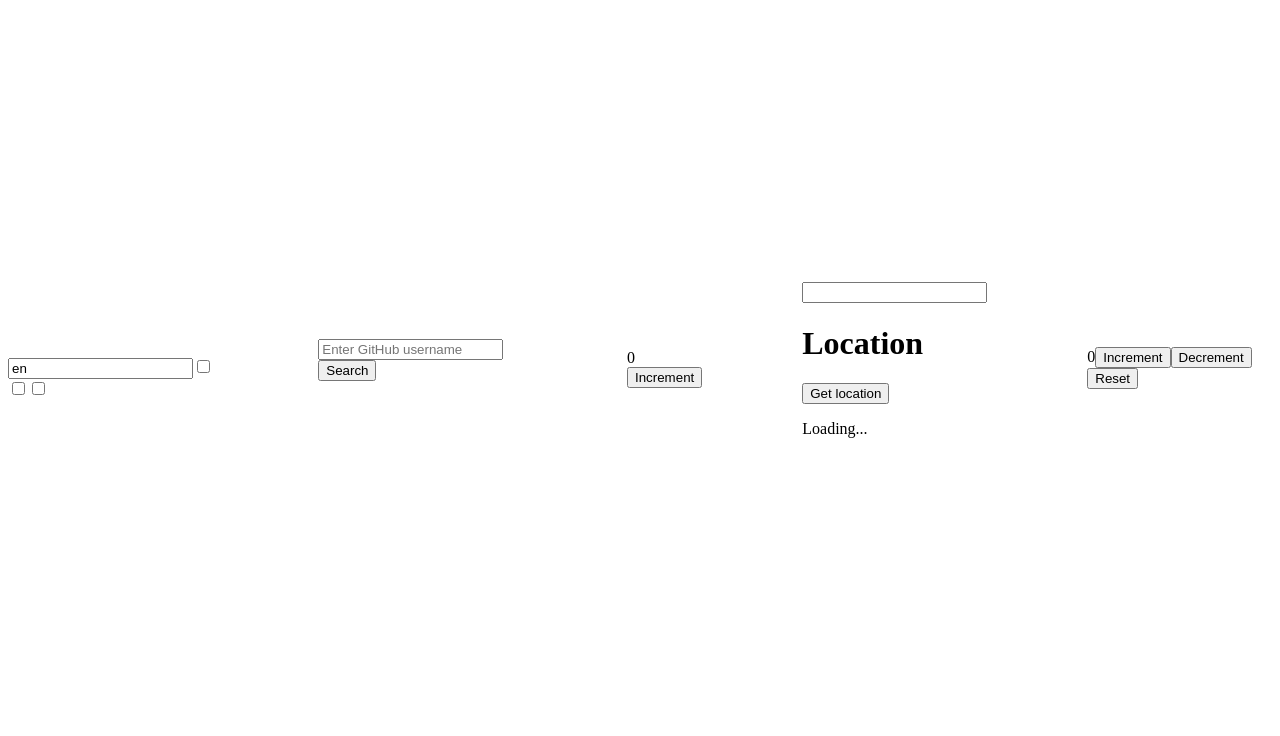
Repository: CryptoFamilyNFT/develhope
Page: /users/mario (app in vite/v1/)
The author's editor kept a copy of each file at every save. The page is drawn from the files as they stood at one save, then again after the next save.
The browser window is 1280 px wide. The pictures show the whole page.
The page's requests for data from a server got no answer. The project was rebuilt for these pictures with package versions that can differ from the ones it lists, and the page was loaded fresh each time. No one was signed in, and anything a server would have sent is missing. Also part of the build but not shown: vite/v1/vite.config.js, vite/v1/src/index.css, vite/v1/src/components/GitHubUser/GitHubUser.jsx.

Above is the page before, as saved 2025-02-27 09:21:50.

### vite/v1/src/index.jsx
import { createRoot } from "react-dom/client";
//import App from "./App";
import './index.css';
import LanguageProvider from "./helper/LanguageProvider";
import App from "./App";

const root = createRoot(document.getElementById("root"));

root.render(
    <LanguageProvider>
        <App/>
    </LanguageProvider>
);

### vite/v1/src/helper/LanguageProvider.jsx
/* eslint-disable react/prop-types */
import React, { useEffect } from "react";
import { ILangContext, LanguageContext } from "./LanguageContext";
import LanguageHelper from "./LanguageHelper";

const LanguageProvider = ({ children }) => {
    const [context, setContext] = React.useState(ILangContext.loaded, ILangContext.reload);

    const saveContext = (context) => {
      setContext(context);
    };

    useEffect(() => {
      const ctx = LanguageHelper.getInitiLang(context)
      saveContext({...ctx, loaded: true, reload: false});
    }, []);

    return <LanguageContext.Provider value={{context, saveContext}}>{children}</LanguageContext.Provider>;
  };

  export default LanguageProvider;

### vite/v1/src/App.jsx
//import { Button } from "./components/Button";
//import { Counter } from "./components/Counter";
//import { Clock, Counter2 } from "./components/Counter2";
//import MouseClicker from "./components/MouseClicker";
//import {Login}  from "./components/Login";
//import Welcome from "./components/Welcome";
//import Welcome from "./components/Welcome";
//import CounterDisplay from "./components/CounterDisplay";
//import TodoList from "./components/TodoList/TodoList";
import React, { useState } from "react";
import { LanguageContext } from "./helper/LanguageContext";
import LanguageHelper from "./helper/LanguageHelper";
import GitHubUsers from "./components/GitHubUser/GitHubUsers";
import useCounter from "./components/hooks/useCounter";
import useGithubUser from "./components/hooks/useGithubUser";
import useCurrentLocation from "./components/hooks/useCurrentLocation";
import useCustomCounter from "./components/hooks/useCustomCounter";

function App() {
  const { context, saveContext } = React.useContext(LanguageContext);
  const [langSelected, selectLang] = React.useState(null)
  const { count, increment } = useCounter(0);
  const [username, setUsername] = useState('');
  // const [_user, _setUser] = useState({
  //   user: null,
  //   loading: false,
  //   error: null
  // });
  const { location, getCurrentLocation, _error, _loading } = useCurrentLocation();

  function switchText(lang) {
    selectLang(lang);
    const switchedText = LanguageHelper.switchText(lang);
    saveContext({ ...context, lang, textTranslated: switchedText });
    console.log(switchedText)
    return switchedText
  }

  const { user, loading, error, fetchUser } = useGithubUser();

  function UpdateUserGithub(username) {
    setUsername(username);
    fetchUser(username);
  }

  const { _count, _increment, decrement, reset } = useCustomCounter();


  return (
    <div style={{
      width: "100%",
      height: "100vh",
      alignItems: "center",
      display: "flex",
      justifyContent: "center",
      gap: 100
    }}>
      {/*
      <div>
        <Button onClick={() => alert(new Date().toLocaleString())}>Click me!</Button>
      </div>
      <Counter />
      <Counter2 />
      <Clock />
      <MouseClicker />

      <AlertClock onShowTime={() => alert(new Date().toLocaleString())} />
            <InteractiveWelcome/>
      <Login/>
      <UncontrolledLogin/>
            <Chat />
                  <TodoList/>
                  <Color>
                  <Colors colors={[{id: 1, color: 'red'}]}
                      <Welcome/>

      */}
      {/*<TodoList />
    <Welcome name={"Mario"}/>
    <Login/>
    <CounterDisplay>
      3
    </CounterDisplay>
    <Users/>*/}
      <div id="context-lang">
        <h2>{context.textTranslated}</h2>
        <input type="text" value={context?.lang || ''} onChange={(e) => saveContext({ ...context, lang: e.target.value })} />
        <input type="checkbox" checked={langSelected === 'en'} value={'en'} onChange={(e) => switchText(e.target.value)} title="en" />
        <input type="checkbox" checked={langSelected === 'fr'} value={'fr'} onChange={(e) => switchText(e.target.value)} title="fr" />
        <input type="checkbox" checked={langSelected === 'es'} value={'es'} onChange={(e) => switchText(e.target.value)} title="es" />
      </div>

      {/* GITHUB USERS */}
      <GitHubUsers />

      {/* useCounter */}
      <div>
        {count}
        <button onClick={() => increment()}>Increment</button>
      </div>

      {/* useGitHubUser */}
      <div>
        <form>
          <input type="text" value={username || ''} onChange={(e) => UpdateUserGithub(e.target.value)} />
        </form>
        {loading && <p>Loading...</p>}
        {error !== null && <p>Error: {user.error}</p>}
        {user && (
          <div>
            <h1>{user.name}</h1>
            <p>{user.login}</p>
            {user.avatar_url && <img src={user.avatar_url} width={'100px'} height={'auto'} />}
          </div>
        )}
        <div>
          <h1>Location</h1>
          {location ? <div>{location.longitude} <span><button onClick={getCurrentLocation}>New</button></span></div> : <button onClick={getCurrentLocation}>Get location</button>}
          {_loading && <p>Loading...</p>}
          {_error !== null && <p>Error: {_error}</p>}
        </div>
      </div>

      {/* usecustomCounter */}
      <div>
        {_count}
        <button onClick={_increment}>Increment</button>
        <button onClick={decrement}>Decrement</button>
        <button onClick={reset}>Reset</button>
      </div>
    </div>
  );
}

export default App;

### vite/v1/src/helper/LanguageContext.jsx
import React from "react";

export const ILangContext = {
    loaded: false,
    reload: true
}

export const LanguageContext = React.createContext(null);

### vite/v1/src/helper/LanguageHelper.jsx
export default class LanguageHelper {
    static getInitiLang(context) {
        context = {...context, lang: 'en'};
        return context;
    }

    static getLanguage() {
        return 'en';
    }

    static switchText(lang) {
        switch (lang) {
            case 'en':
                return 'Hello World';
            case 'es':
                return 'Hola Mundo';
            case 'fr':
                return 'Bonjour le monde';
            default:
                return 'Hello World';
        }
    }

}

### vite/v1/src/components/GitHubUser/GitHubUsers.jsx
/* eslint-disable no-unused-vars */
import React, { useState } from 'react';
import GitHubUser from './GitHubUser';

const GitHubUsers = () => {
    const [username, setUsername] = useState('');
    const [users, setUsers] = useState([]);

    const handleSubmit = (e) => {
        e.preventDefault();
        if (username) {
            setUsers([...users, username]);
            setUsername('');
        }
    };

    return (
        <div>
            <form onSubmit={handleSubmit}>
                <input
                    type="text"
                    value={username}
                    onChange={(e) => setUsername(e.target.value)}
                    placeholder="Enter GitHub username"
                />
                <button type="submit">Search</button>
            </form>
            <ul>
                {users.map((user, index) => (
                    <GitHubUser key={index} username={user} />
                ))}
            </ul>
        </div>
    );
};

export default GitHubUsers;

### vite/v1/src/components/hooks/useCounter.jsx
import React from "react";

export default function useCounter(initialValue = 0) {
    const [count, setCount] = React.useState(initialValue);

    const increment = () => {
        setCount(count + 1);
    };

    const decrement = () => {
        setCount(count - 1);
    };

    const reset = () => {
        setCount(initialValue);
    };

    return { count, increment, decrement, reset};
}

### vite/v1/src/components/hooks/useGithubUser.jsx
/* eslint-disable react/prop-types */
import { useState } from "react";

export default function useGithubUser() {
    const [user, setUser] = useState(null);
    const [loading, setLoading] = useState(false);
    const [error, setError] = useState(null);

    const fetchUser = async (username) => {
        if (!username) return;

        setLoading(true);
        setError(null);

        try {
            const response = await fetch(`https://api.github.com/users/${username}`);
            if (!response.ok) {
                throw new Error('Error on response');
            }
            const data = await response.json();
            setUser(data);
        } catch (error) {
            setError(error);
        } finally {
            setLoading(false);
        }
    };

    return { user, loading, error, fetchUser };
}

### vite/v1/src/components/hooks/useCurrentLocation.js
import { useState, useEffect } from 'react';

const useCurrentLocation = () => {
    const [location, setLocation] = useState(null);
    const [_error, setError] = useState(null);
    const [_loading, setLoading] = useState(false);

    const getCurrentLocation = () => {
        if (!navigator.geolocation) {
            setError('Geolocation is not supported by your browser');
            return;
        }

        setLoading(true);
        navigator.geolocation.getCurrentPosition(
            (position) => {
                setLocation({
                    latitude: position.coords.latitude,
                    longitude: position.coords.longitude,
                });
                setLoading(false);
            },
            (err) => {
                setError(err.message);
                setLoading(false);
            }
        );
    };

    useEffect(() => {
        getCurrentLocation();
    }, []);

    return { location, getCurrentLocation, _error, _loading };
};

export default useCurrentLocation;

### vite/v1/src/components/hooks/useCustomCounter.jsx
import React,{ useMemo } from "react";

export default function useCustomCounter() {
    const [_count, setCount] = React.useState(0);

    const memoriedFuncs = useMemo(() => {
        const increment = () => {
            setCount(_count + 1);
        };

        const decrement = () => {
            setCount(_count - 1);
        };

        const reset = () => {
            setCount(0);
        };

        return { increment, decrement, reset };
    }, [_count]);

    return { _count, _increment: memoriedFuncs.increment, decrement: memoriedFuncs.decrement, reset: memoriedFuncs.reset };
}

### vite/v1/src/components/FilteredList/FilteredList.jsx
export const objList = [
    { name: 'John', id: 1, age: 25 },
    { name: 'Jane', id: 2, age: 22 },
    { name: 'Tom', id: 3, age: 30 },
]

export const FilterList = (list) => {
    if (list.length === 0) return;

    const memorisedList = list.map((item) => {
        for (let key in item) {
            if (key === 'age' && item[key] > 18) {
                return item;
            }
        }
    })

    console.log(memorisedList);

    return (
        <div>
            {memorisedList.map((item) => (
                <div key={item.id}>
                    <p>{item.name}</p>
                    <p>{item.age}</p>
                </div>
            ))}
        </div>
    );
}

Loaded but not shown: vite/v1/index.html (common file)

After the next save:
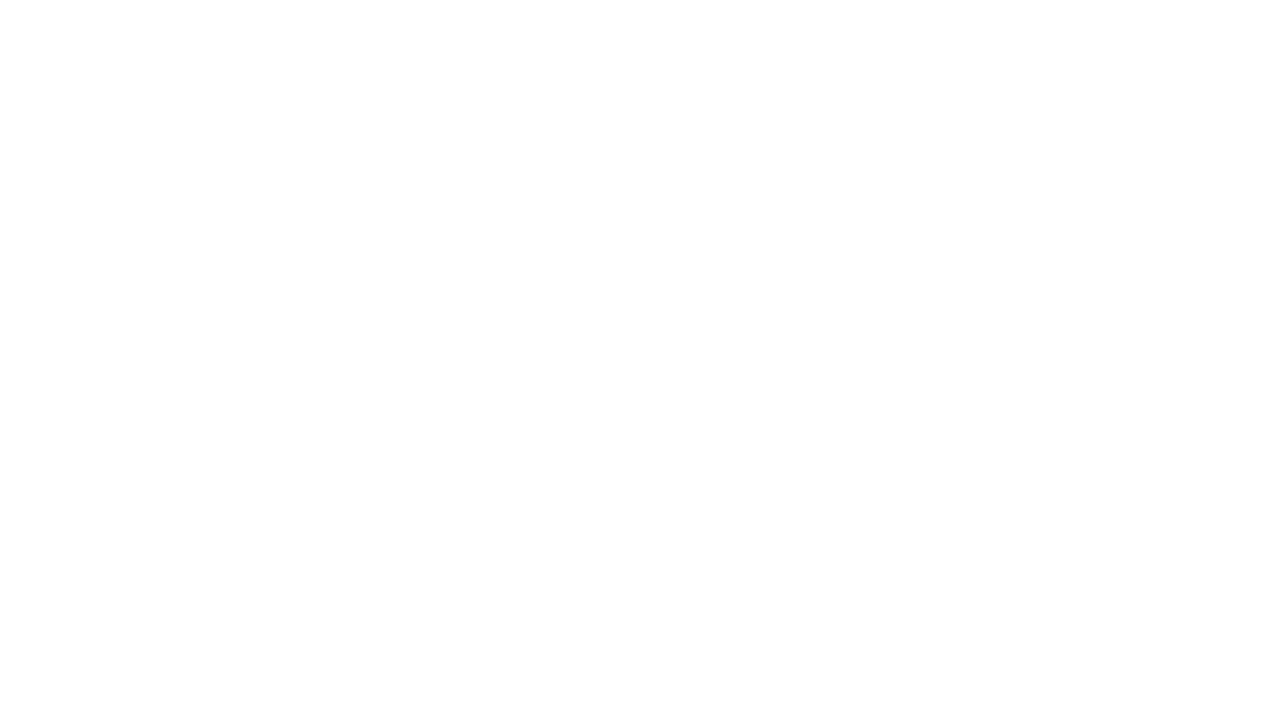
Console error: TypeError: list.map is not a function
Saved 24 s later.
--- a/vite/v1/src/App.jsx
+++ b/vite/v1/src/App.jsx
@@ -15,6 +15,7 @@ import useCounter from "./components/hooks/useCounter";
 import useGithubUser from "./components/hooks/useGithubUser";
 import useCurrentLocation from "./components/hooks/useCurrentLocation";
 import useCustomCounter from "./components/hooks/useCustomCounter";
+import { FilterList, objList } from "./components/FilteredList/FilteredList";
 
 function App() {
   const { context, saveContext } = React.useContext(LanguageContext);
@@ -128,6 +129,9 @@ function App() {
         <button onClick={decrement}>Decrement</button>
         <button onClick={reset}>Reset</button>
       </div>
+
+      {/* FilteredList */}
+      <FilterList list={objList} />
     </div>
   );
 }

After the 4 saves that followed:
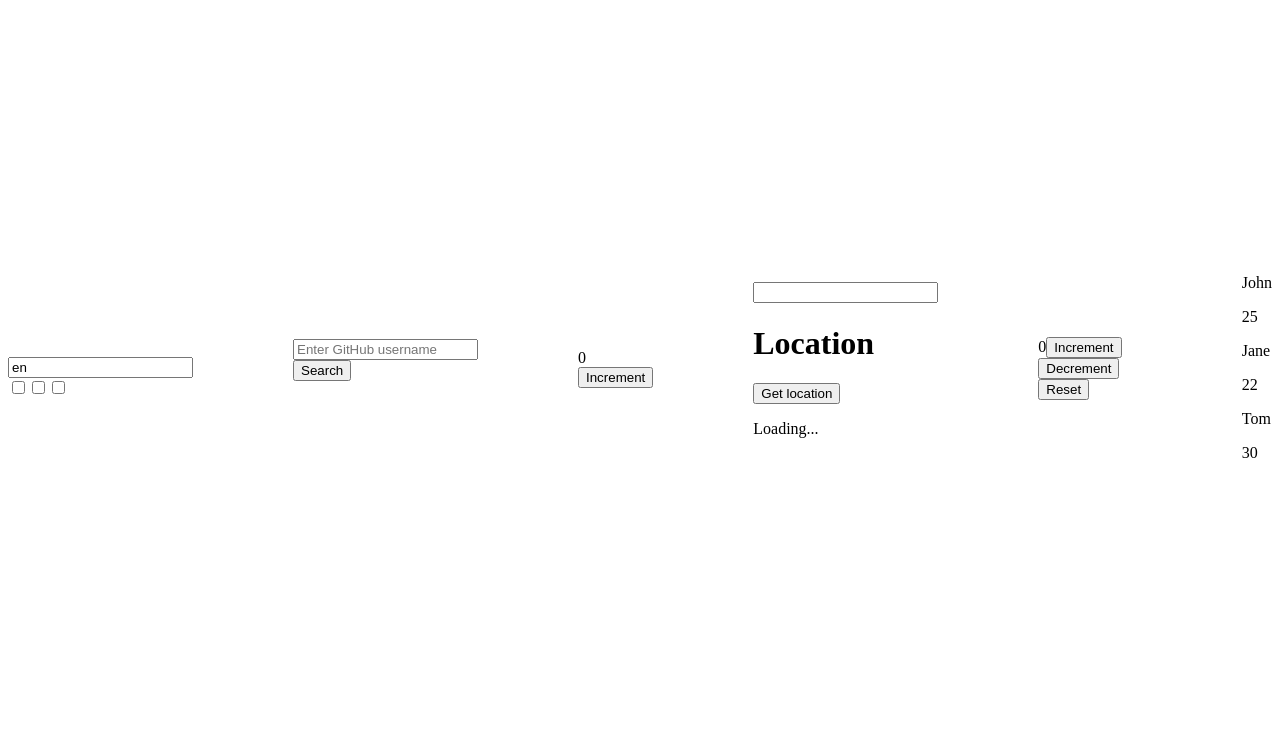
The error is gone.
The 4 saves are shown as one change because 3 left the picture as it was.
The last was saved 3 min 9 s later.
--- a/vite/v1/src/components/FilteredList/FilteredList.jsx
+++ b/vite/v1/src/components/FilteredList/FilteredList.jsx
@@ -1,19 +1,24 @@
+/* eslint-disable react/prop-types */
+import React from "react";
+
 export const objList = [
     { name: 'John', id: 1, age: 25 },
     { name: 'Jane', id: 2, age: 22 },
     { name: 'Tom', id: 3, age: 30 },
 ]
 
-export const FilterList = (list) => {
-    if (list.length === 0) return;
+export const FilterList = ({list}) => {
+    const memorisedList = React.useMemo(() => {
+        return list ? list.filter((item) => item.age > 18) : [];
+    }, [list]);
 
-    const memorisedList = list.map((item) => {
-        for (let key in item) {
-            if (key === 'age' && item[key] > 18) {
-                return item;
-            }
-        }
-    })
+    if (!list || list.length === 0) {
+        return (
+            <div>
+                <p>No items to display</p>
+            </div>
+        )
+    }
 
     console.log(memorisedList);
 
